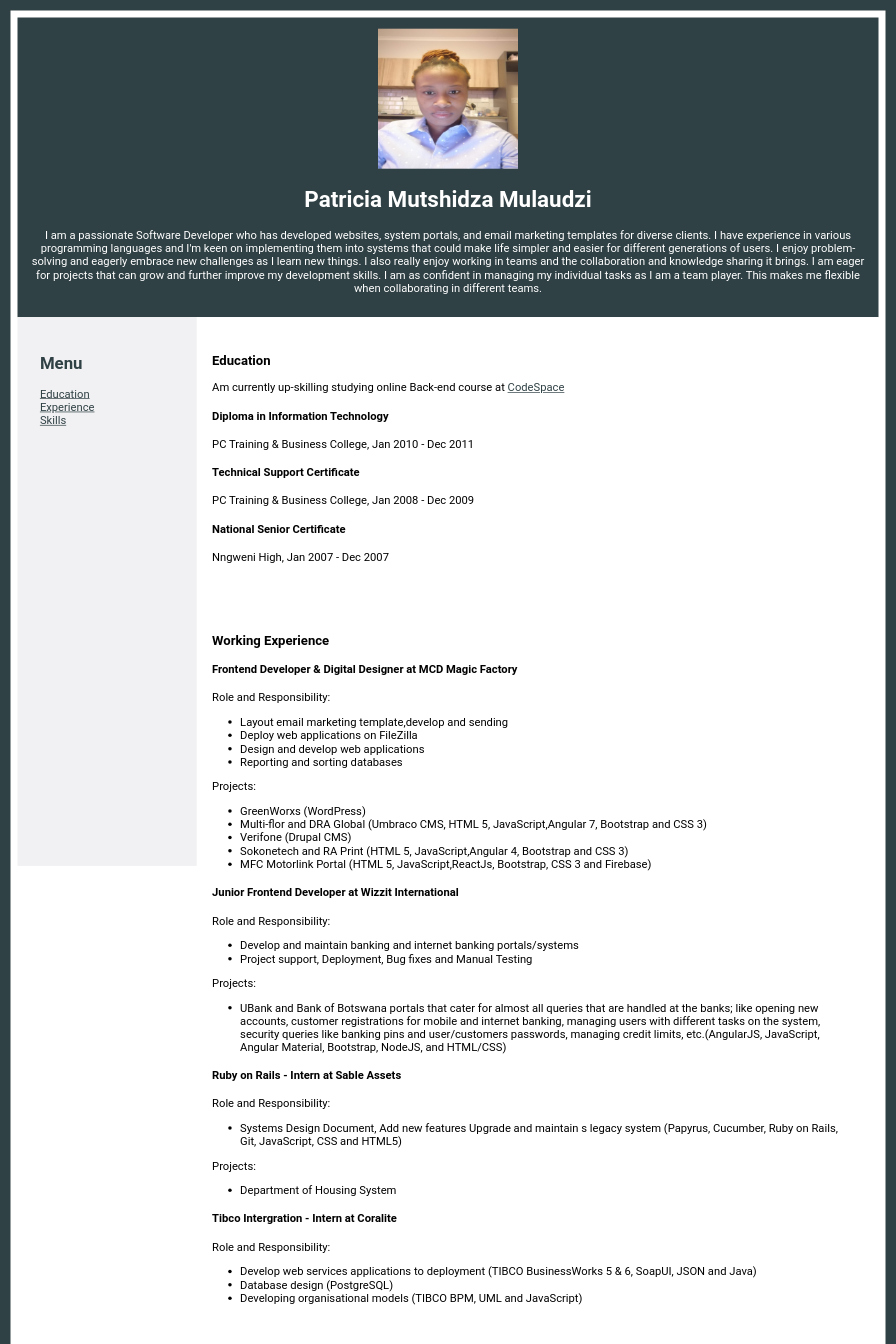
Repository: Patricious/Digital-Resume-01
Page: index.html
The author's editor kept a copy of each file at every save. The page is drawn from the files as they stood at one save, then again after the next save.
The browser window is 1280 px wide. The pictures show the part of the page from y = 0 to 1920 px (the page is 2661 px tall before and 2437 px after), at 70% of full size.
A picture or video elsewhere on the page could not be fetched, so the positions and the page height are approximate.

Above is the page before, as saved 2021-08-23 11:02:51.

### index.html
<!DOCTYPE html>
<html>

<head>
    <title>Patricia Digital Resume</title>
    <link rel="stylesheet" type="text/css" href="css/stylesheet.css">
</head>

<body>

    <header>
        <img src="img/IMG_20200502_085519.jpg" alt="profile" width="200" height="200" />
        <h1>Patricia Mutshidza Mulaudzi</h1>
        <p>I am a passionate Software Developer who has developed websites, system portals, and email marketing templates for diverse clients. I have experience in various programming languages and I'm keen on implementing them into systems that could make
            life simpler and easier for different generations of users. I enjoy problem-solving and eagerly embrace new challenges as I learn new things. I also really enjoy working in teams and the collaboration and knowledge sharing it brings. I am
            eager for projects that can grow and further improve my development skills. I am as confident in managing my individual tasks as I am a team player. This makes me flexible when collaborating in different teams.</p>
    </header>
    <aside>
        <h2>Menu</h2>
        <ul class="nav">
            <li>
                <a href="#education">Education</a>
            </li>
            <li>
                <a href="#experience">Experience</a>
            </li>
            <li>
                <a href="#skills">Skills</a>
            </li>

        </ul>
    </aside>
    <section>
        <article>
            <h3 id="#education"> <span>Education</span>
            </h3>
            <p> Am currently up-skilling studying online Back-end course at
                <a href="https://www.codespace.co.za/courses/?matchtype=b&device=c&keyword=codespace&adgroupid=81088003381&utm_campaign=8148639553&utm_source=google&utm_medium=cpc&gclid=EAIaIQobChMIkP_7q8bG8gIV1uvtCh0w7A1-EAAYASAAEgL34vD_BwE"> CodeSpace</a>
            </p>

            <h4>Diploma in Information Technology </h4>

            <p>PC Training & Business College, Jan 2010 - Dec 2011</p>
            <h4>Technical Support Certificate </h4>


            <p>PC Training & Business College, Jan 2008 - Dec 2009</p>

            <h4>National Senior Certificate</h4>


            <p>Nngweni High, Jan 2007 - Dec 2007</p>
        </article>
    </section>
    <section>
        <article>
            <h3 id="#experience"> Working Experience</h3>
            <h4>Frontend Developer & Digital Designer at MCD Magic Factory
            </h4>
            <p>Role and Responsibility:</p>
            <ul>
                <li>Layout email marketing template,develop and sending</li>
                <li> Deploy web applications on FileZilla</li>
                <li>Design and develop web applications</li>
                <li>Reporting and sorting databases</li>
            </ul>
            <p>Projects:</p>
            <ul>
                <li>GreenWorxs (WordPress)</li>
                <li>Multi-flor and DRA Global (Umbraco CMS, HTML 5, JavaScript,Angular 7, Bootstrap and CSS 3)</li>
                <li>Verifone (Drupal CMS)</li>
                <li>Sokonetech and RA Print (HTML 5, JavaScript,Angular 4, Bootstrap and CSS 3)</li>
                <li>MFC Motorlink Portal (HTML 5, JavaScript,ReactJs, Bootstrap, CSS 3 and Firebase)</li>
            </ul>

            <h4>Junior Frontend Developer at Wizzit International
            </h4>
            <p>Role and Responsibility:</p>
            <ul>
                <li>Develop and maintain banking and internet banking portals/systems</li>
                <li>Project support, Deployment, Bug fixes and Manual Testing</li>

            </ul>
            <p>Projects:</p>
            <ul>
                <li>UBank and Bank of Botswana portals that cater for almost all queries that are handled at the banks; like opening new accounts, customer registrations for mobile and internet banking, managing users with different tasks on the system, security
                    queries like banking pins and user/customers passwords, managing credit limits, etc.(AngularJS, JavaScript, Angular Material, Bootstrap, NodeJS, and HTML/CSS)</li>
            </ul>

            <h4>Ruby on Rails - Intern at Sable Assets
            </h4>
            <p>Role and Responsibility:</p>
            <ul>
                <li>Systems Design Document, Add new features Upgrade and maintain s legacy system (Papyrus, Cucumber, Ruby on Rails, Git, JavaScript, CSS and HTML5)</li>

            </ul>
            <p>Projects:</p>
            <ul>
                <li>Department of Housing System</li>
            </ul>

            <h4>Tibco Intergration - Intern at Coralite
            </h4>
            <p>Role and Responsibility:</p>
            <ul>
                <li>Develop web services applications to deployment (TIBCO BusinessWorks 5 & 6, SoapUI, JSON and Java)
                </li>
                <li>Database design (PostgreSQL)</li>
                <li>Developing organisational models (TIBCO BPM, UML and JavaScript)</li>
            </ul>
        </article>
    </section>
    <section>
        <article>
            <h3 id="#skills">Skills And Interest</h3>
            <p>Skills</p>
            <ul>
                <li>AngularJS to Angular 11</li>
                <li>Html5, Css3 and Bootstrap</li>
                <li>ReactJs, JavaScript, TypeScript, NodeJS and Firebase</li>
                <li>Adobe Photoshop, Dreamweaver, XD and InDesign</li>
            </ul>
            <p>Interest </p>
            <ul>
                <li>Travelling and outdoor activities</li>
            </ul>
        </article>
    </section>
    <footer>
        <h2>Contact Details</h2>
        <a href="https://www.linkedin.com/in/patricia-mulaudzi-93b526101/"><img src="In.jpeg" alt="LinkedIN"></a>
        <a href=""><img src="fb.png" alt="Facebook"></a>
        <a href="mailto:mulaudzi689@gmail.com"><img src="Gm.png" alt="Gmail"></a>
    </footer>
</body>

</html>

### css/stylesheet.css
    body {
        font-family: 'Roboto', sans-serif;
        font-size: 100%;
        background-color: #ffffff;
        margin: 10px;
        overflow: scroll;
    }

    html {
        border: 15px solid #304145;
    }

    header {
        text-align: center;
        background-color: #304145;
        color: #ffffff;
        padding: 1em;
    }

    aside {
        background-color: #F1F1F3;
        color: #304145;
        width: 15%;
        padding: 2em;
        height: 100%;
        float: left;
        position: absolute;
        flex: 0 0 auto;
    }

    .nav {
        list-style-type: none;
        margin: 0;
        padding: 0;
    }

    a {
        color: #304145;
    }

    section {
        margin-left: 20%;
        background-color: #ffffff;
        padding: 2em;
    }

    footer {
        background-color: #304145;
        text-align: center;
        color: #ffffff;
        padding: 1em;
    }

After the next save:
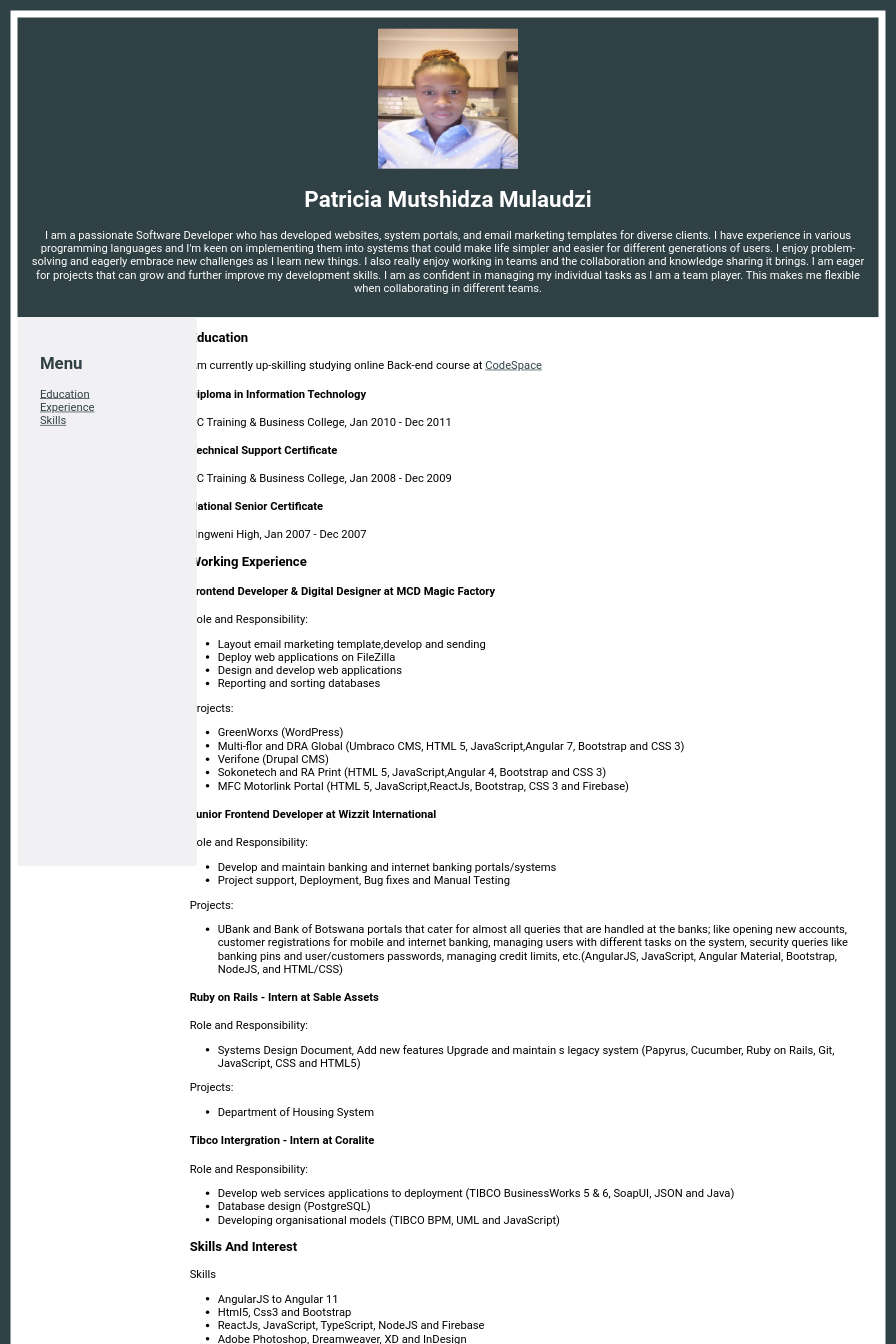
Saved 20 s later.
--- a/css/stylesheet.css
+++ b/css/stylesheet.css
@@ -41,7 +41,6 @@
     section {
         margin-left: 20%;
         background-color: #ffffff;
-        padding: 2em;
     }
 
     footer {
